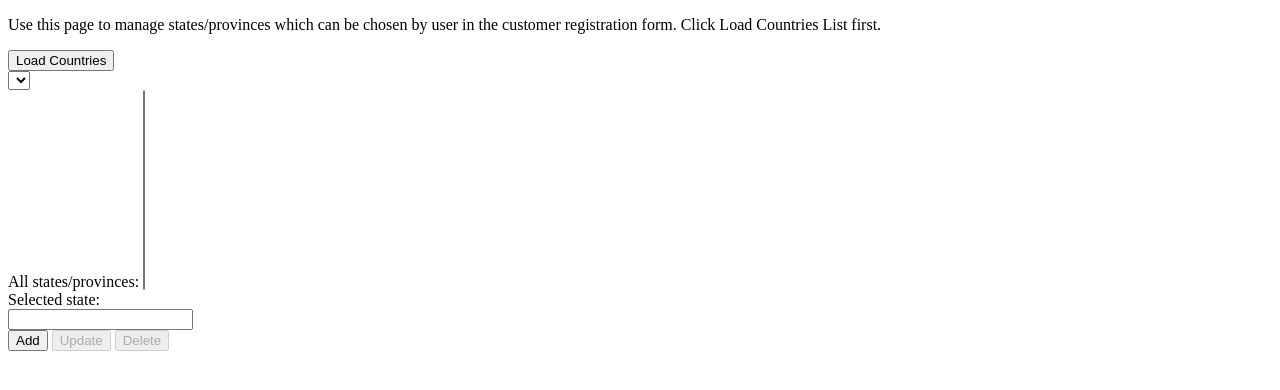
Repository: thanhadp24/mylocal
Page: http://localhost/settings/states
An editor plug-in stored every save of this project. The page is shown before and after the next save, followed by the edit.
The browser window is 1280 px wide. The pictures show the whole page.
The page is this project's Thymeleaf template; nobody is signed in. The template is opened directly, without the code that normally fills it, so the values that code supplies are empty.

Above is the page before, as saved 2024-12-09 15:59:44.

After the next save:
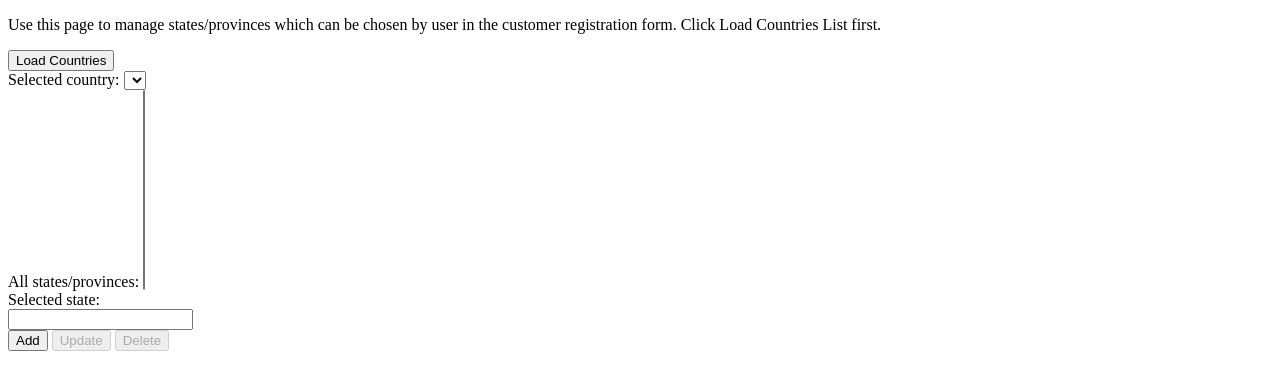
Saved 61 s later.
--- a/ShopappProject/ShopappWebParent/ShopappBackEnd/src/main/resources/templates/settings/states.html
+++ b/ShopappProject/ShopappWebParent/ShopappBackEnd/src/main/resources/templates/settings/states.html
@@ -10,7 +10,8 @@
 	<div>
 		<input type="button" value="Load Countries" id="btnLoad" class="btn btn-primary">
 	</div>
-	<div>
+	<div class="form-group row">
+		<label>Selected country:</label>
 		<select class="form-control m-1" id="dropdownCountry">
 		</select>
 	</div>
